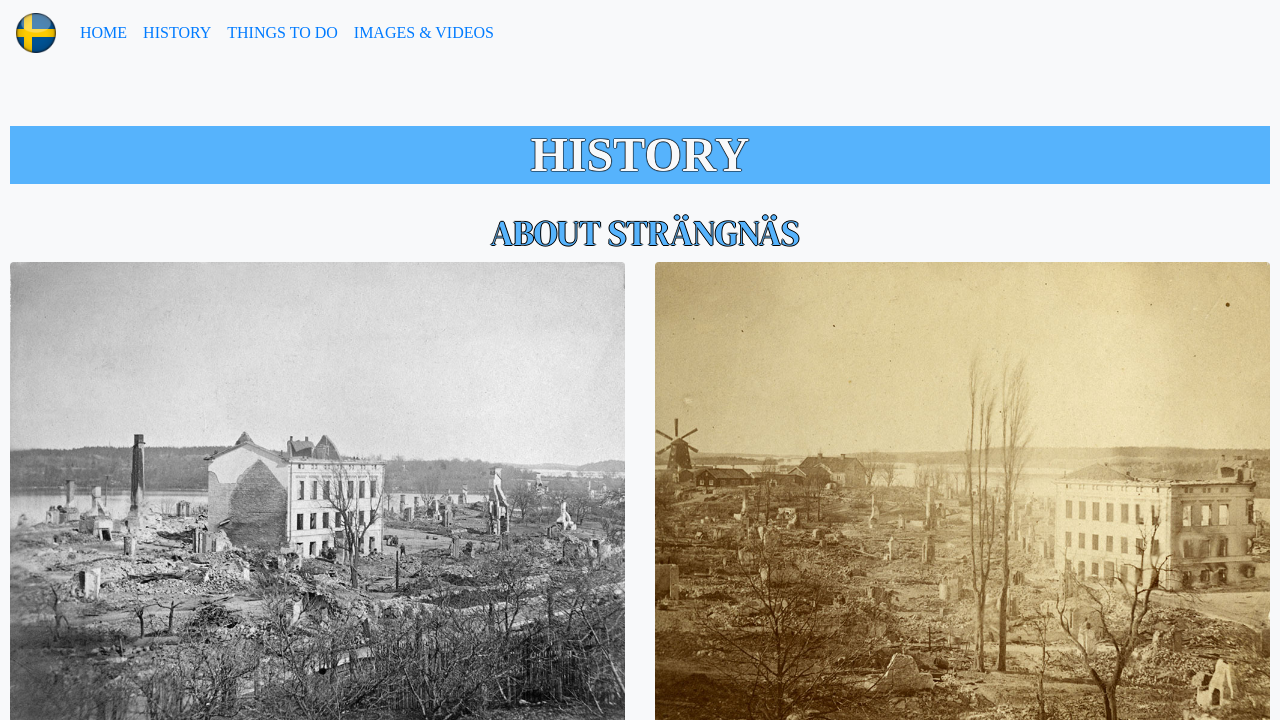
Repository: kososwede/first-project
Page: history.html
The author's editor kept a record of every edit. The page is drawn from the files as they stood at one moment, then again after the next edit.
The browser window is 1280 px wide. The pictures show the whole page.
An inner scrolling area shows only its first screen. Some web fonts or font styles are not loaded; a fallback is used.

Above is the page before.

After the next edit:
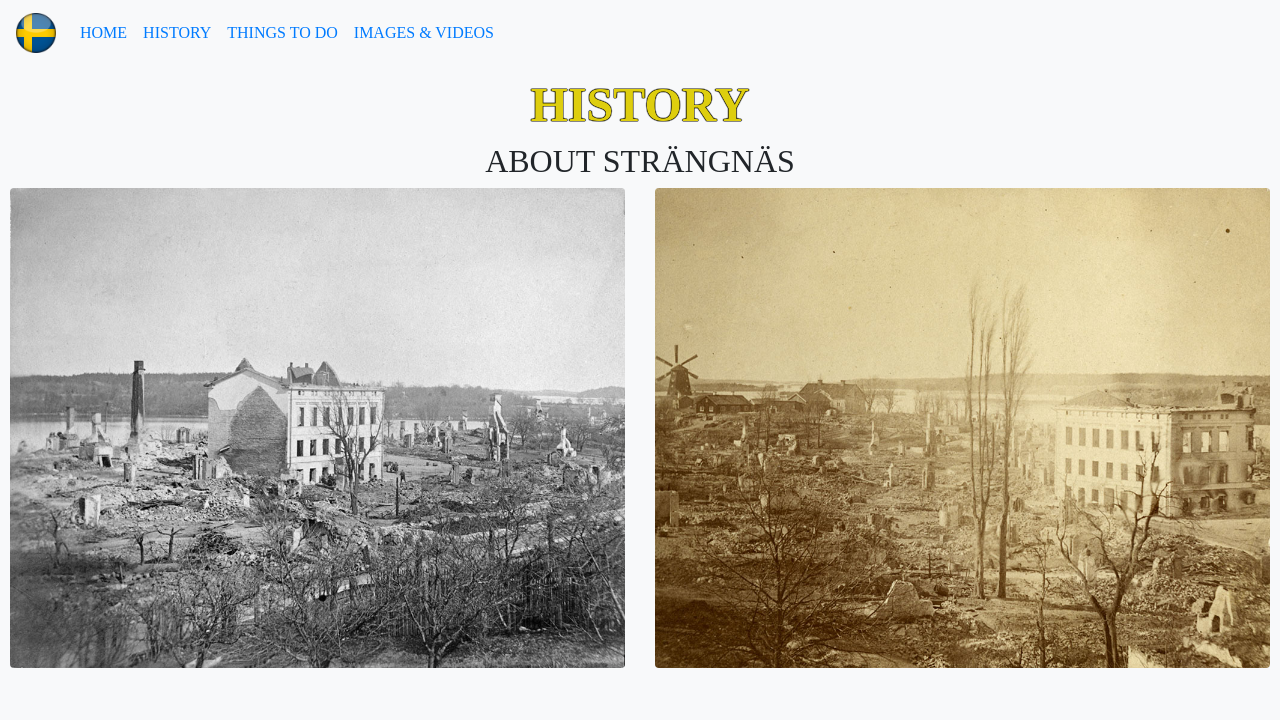
The edit:
--- a/history.html
+++ b/history.html
@@ -39,8 +39,8 @@
 
   <!---------------main------------------------------------>
   <div id="container">
-    <h1 class="to-do">HISTORY</h1>
-    <h2 class="to-do-sub-head1">ABOUT STRÄNGNÄS</h2>
+    <h1 class="history">HISTORY</h1>
+    <h2 class="history-sub-head1">ABOUT STRÄNGNÄS</h2>
     <div class="row">
       <div class="col-6">
         <img src="assets/images/history1.jpg" class="rounded float-center img-fluid"></img>
